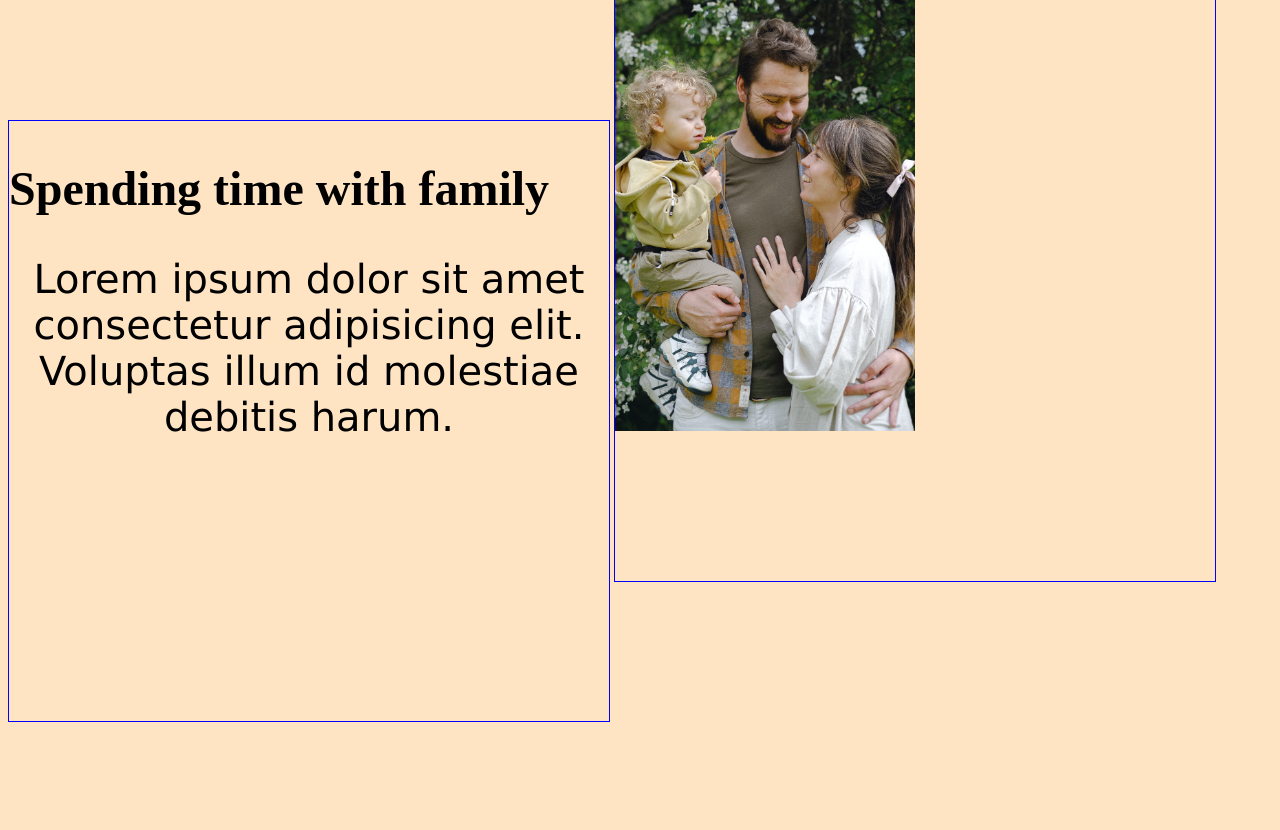
Repository: TheTroyPhillips/Personal-website
Page: about.html
The author's editor kept a copy of each file at every save. The page is drawn from the files as they stood at one save, then again after a run of saves.
The browser window is 1280 px wide. The pictures show the part of the page from y = 1118 to 1948 px (the page is 1948 px tall before and 1946 px after).
A picture or video elsewhere on the page could not be fetched, so the positions and the page height are approximate.

Above is the page before, as saved 2023-09-10 23:13:59.

After the next 2 saves:
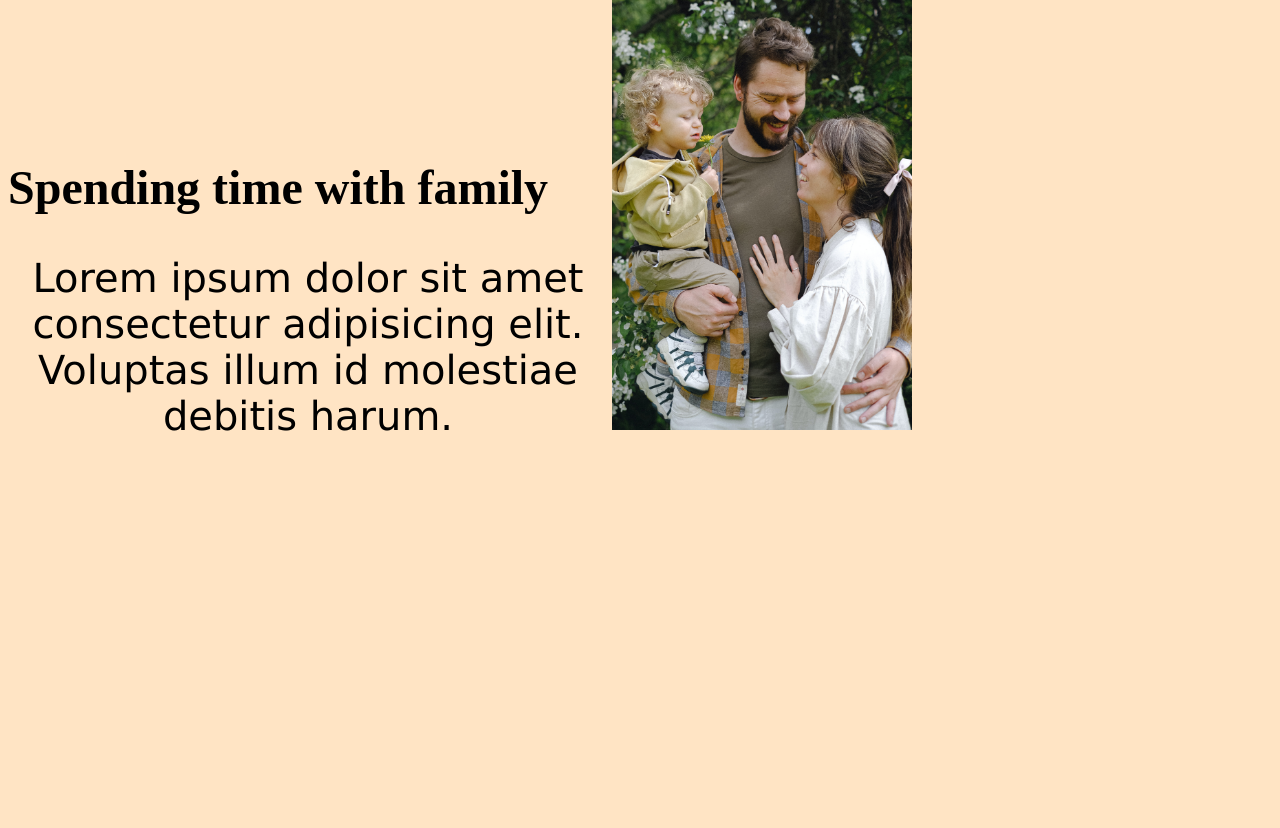
The 2 saves are shown as one change because they came seconds apart.
The last was saved 69 s later.
--- a/style.css
+++ b/style.css
@@ -70,7 +70,6 @@ img{
 .childb1{
     width: 600px;
     height: 600px;
-    border: 1px solid blue;
     display: inline-block;
     border-left: 15%;
     margin-bottom: 100px;
